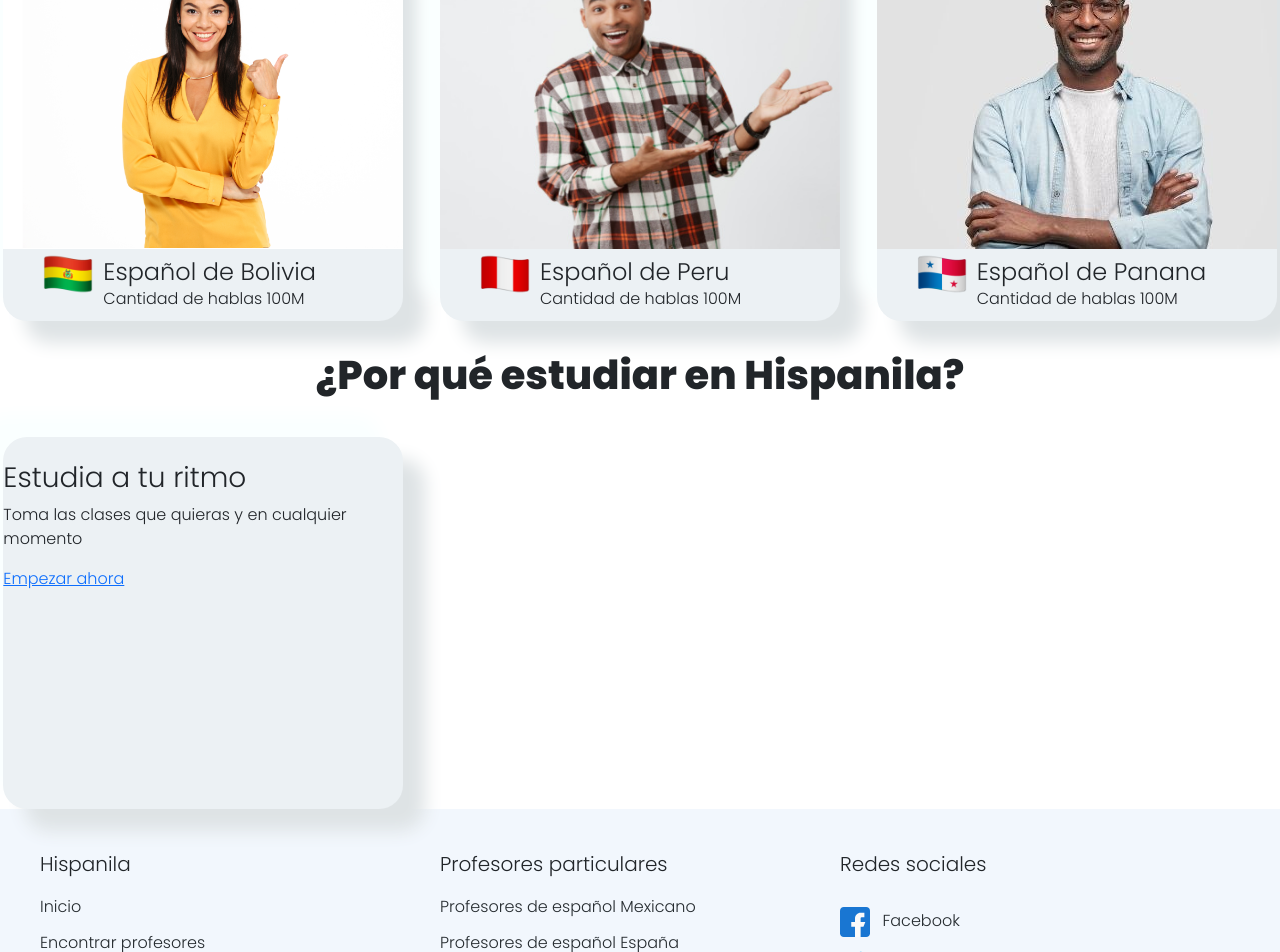
Repository: AgustinGarciaDev/Hispanila
Page: index.html
The author's editor kept a copy of each file at every save. The page is drawn from the files as they stood at one save, then again after the next save.
The browser window is 1280 px wide. The pictures show the part of the page from y = 1234 to 2186 px (the page is 2349 px tall).
Some web libraries are served in a nearby version. The style sheet was rebuilt from its Sass, Less or Tailwind sources for each picture, by a compiler version that may differ from the author's.

Above is the page before, as saved 2021-01-28 22:33:52.

After the next save:
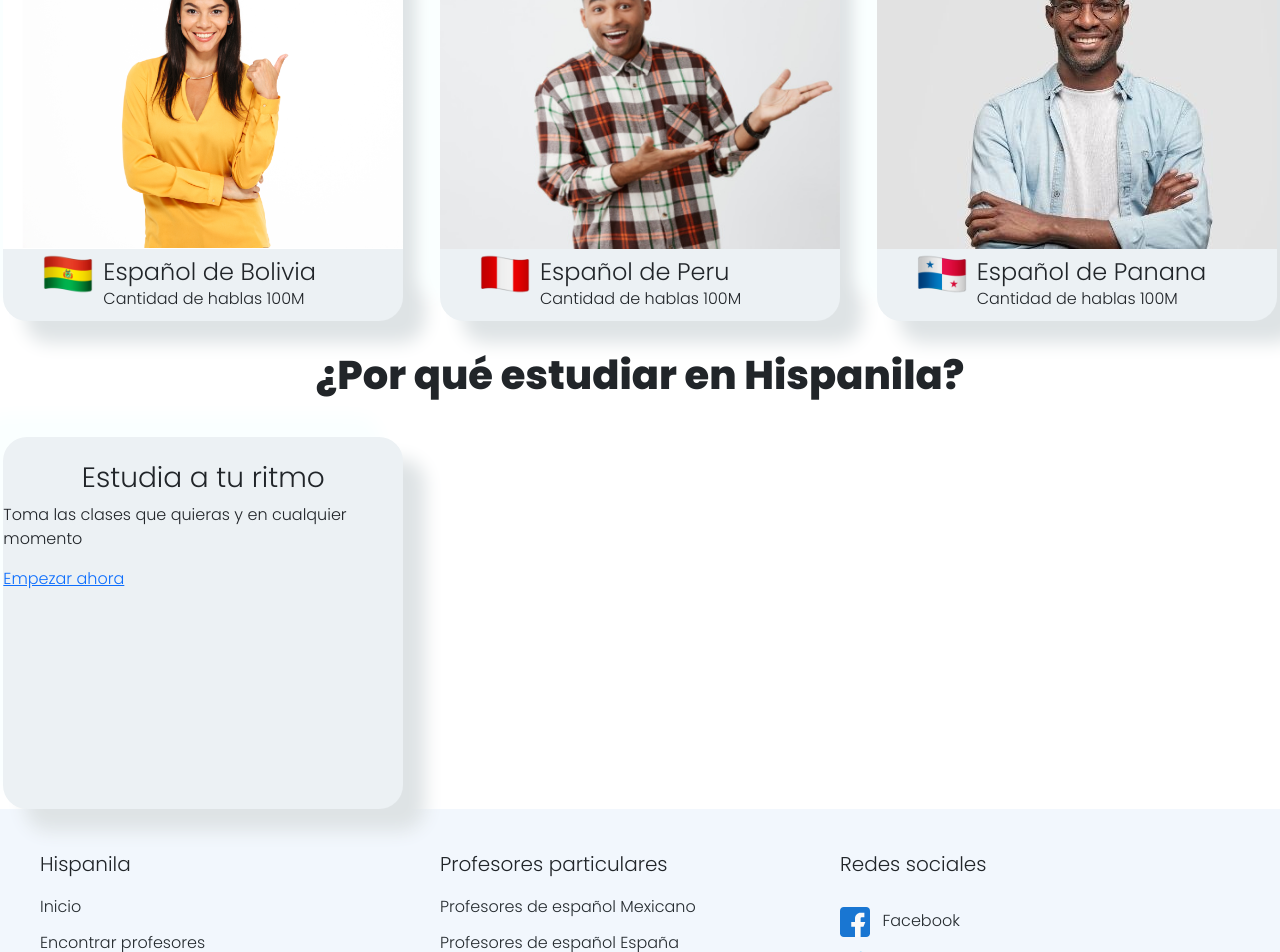
Saved 10 s later.
--- a/stylemod.css
+++ b/stylemod.css
@@ -132,6 +132,10 @@
     height: 372px;
 }
 
+.card__study_h3 {
+    text-align: center;
+}
+
 
 /* CARD  porque estudiar Hispanila*/
 

After the save that followed:
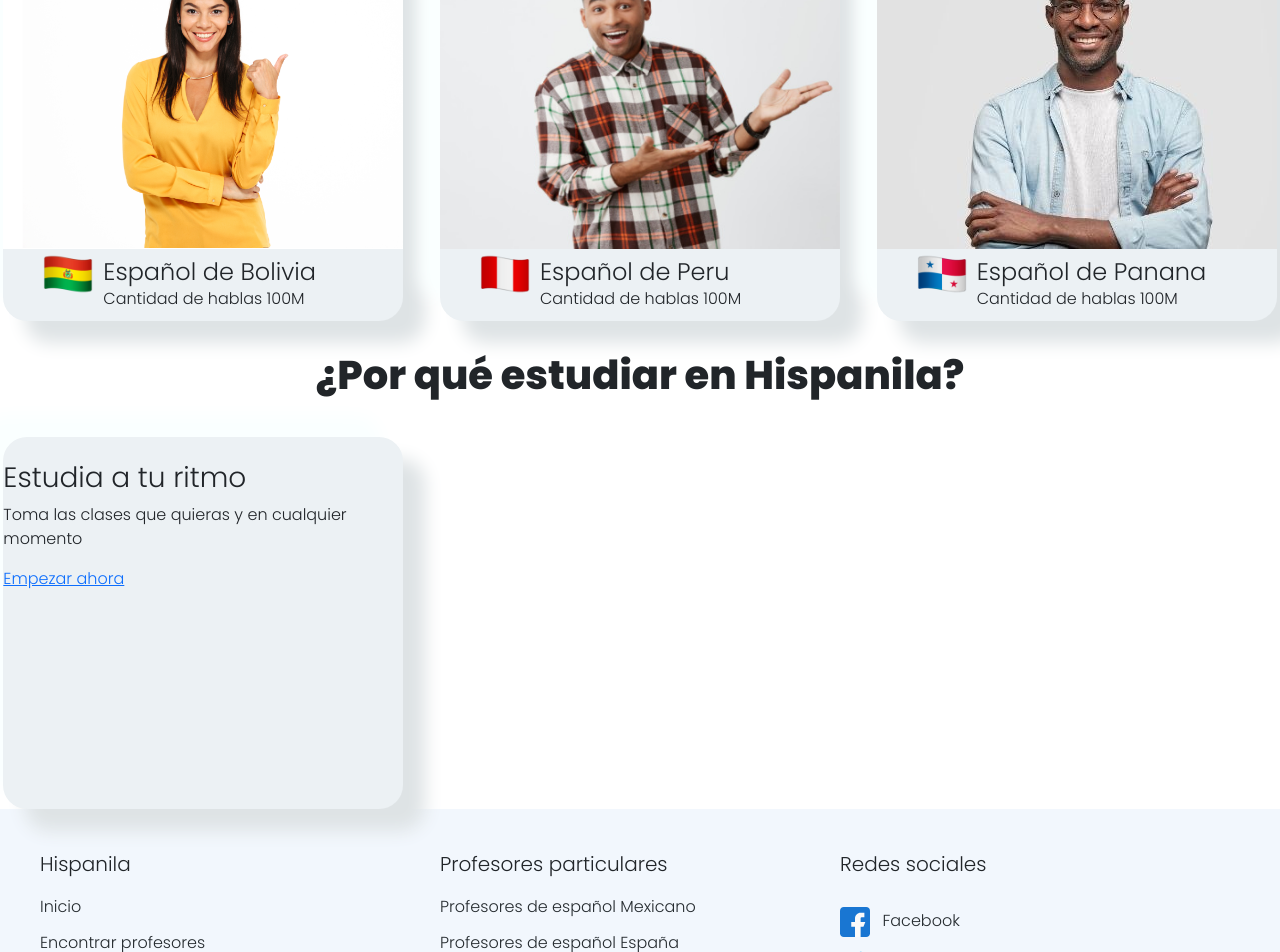
Saved 26 s later.
--- a/stylemod.css
+++ b/stylemod.css
@@ -132,7 +132,7 @@
     height: 372px;
 }
 
-.card__study_h3 {
+.card__study_text {
     text-align: center;
 }
 
